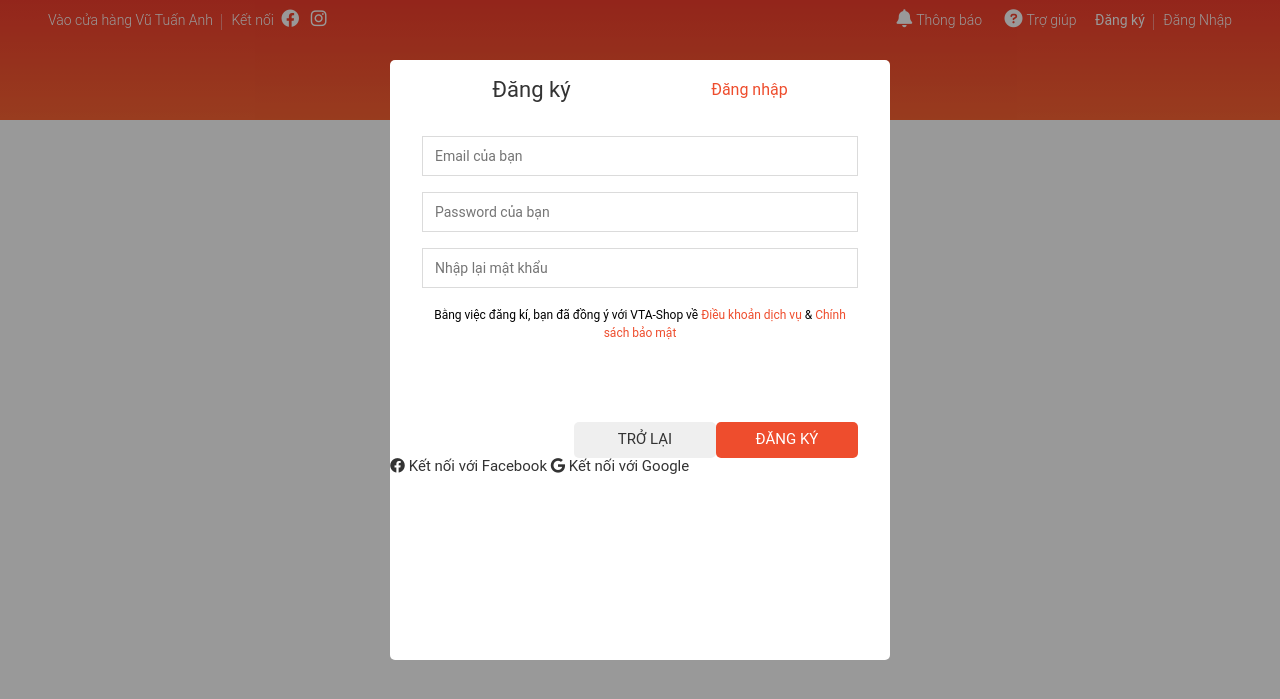
Repository: VuTuanAnh0949/Shopee
Page: index.html
These files come from the project's save history. The page is drawn as it stood at one moment and after the next save; the edit follows.
The browser window is 1280 px wide. The pictures show the whole page.

Above is the page before, as saved 2022-02-15 09:31:20.

### index.html
<!DOCTYPE html>
<html lang="en">

<head>
    <meta charset="UTF-8" />
    <meta http-equiv="X-UA-Compatible" content="IE=edge" />
    <meta name="viewport" content="width=device-width, initial-scale=1.0" />
    <title>Shopee</title>
    <link rel="stylesheet" href="https://cdnjs.cloudflare.com/ajax/libs/normalize/8.0.1/normalize.min.css" />
    <link rel="stylesheet" href="./assets/css/base.css" />
    <link rel="stylesheet" href="./assets/css/main.css" />
    <link rel="stylesheet" href="./assets/fonts/fontawesome-free-6.0.0-web/css/all.min.css">
    <link rel="stylesheet" href="https://fonts.googleapis.com/css?family-Roboto:300, 400, 500,78
0&display=swap&subset=vietnamese" rel="stylesheet" />

</head>

<body>
    <!-- Block Element Modifier -->
    <div class="app">
        <header class="header">
            <div class="grid">
                <nav class="header__navbar">
                    <ul class="header__navbar-list">
                        <li class="header__navbar-item header__navbar-item--has-qr header__navbar-item--separate">Vào cửa hàng Vũ Tuấn Anh
                            <div class="header__qr">
                                <img src="./assets/img/QR_code.png" alt="QR Code" class="header__qr-img">
                                <div class="header__qr-apps">
                                    <a href="" class="header__qr-link"><img src="./assets/img/Google_Play.png" alt="Google Play" class="header__qr-dowload-img">
                                    </a>
                                    <img src="./assets/img/App_store.png" alt="App Store" class="header__qr-dowload-img">
                                </div>
                            </div>
                        </li>
                        <li class="header__navbar-item">
                            <span class="header__navbar-title--no-pointer">Kết nối</span>
                            <a href="" class="header__navbar-icon-link"><i class="header__navbar-icon fa-brands fa-facebook"></i></a>
                            <a href="" class="header__navbar-icon-link"><i class="header__navbar-icon fa-brands fa-instagram"></i></a>
                        </li>
                    </ul>

                    <ul class="header__navbar-list">
                        <li class="header__navbar-item header__navbar-item--has-notification">
                            <a href="" class="header__navbar-item-link"><i class="header__navbar-icon fa-solid fa-bell"></i>Thông báo</a>
                            <div class="header__notification">
                                <header class="header__notification-header">
                                    <h3>Thông báo mới nhận</h3>
                                </header>
                                <ul class="header__notification-list">
                                    <li class="header__notification-item header__notification-viewed">
                                        <a href="" class="header__notification-link">
                                            <img src="https://cf.shopee.vn/file/a2344384834f0903b232953bf8e1d283_tn" alt="" class="header__notification-img">
                                            <div class="header__notification-info">
                                                <span class="header__notification-name">Bàn Phím cơ chính hãng K400-Đen</span>
                                                <span class="header__notification-descriotion">Bàn phím cơ máy tính gaming K550 Pro full Led 7 chế độ hiệu ứng là mẫu bàn phím phù hợp cho văn phòng và game thủ</span>
                                            </div>
                                        </a>
                                    </li>
                                    <li class="header__notification-item">
                                        <a href="" class="header__notification-link">
                                            <img src="https://cf.shopee.vn/file/fbd0d6cd59ae0c260cbdd8d2bdccbe06_tn" alt="" class="header__notification-img">
                                            <div class="header__notification-info">
                                                <span class="header__notification-name">Bàn phím cơ chính hãng K400-Trắng xanh 1</span>
                                                <span class="header__notification-descriotion">Bàn phím cơ máy tính gaming K550 Pro full Led 7 chế độ hiệu ứng là mẫu bàn phím phù hợp cho văn phòng và game thủ</span>
                                            </div>
                                        </a>
                                    </li>
                                    <li class="header__notification-item ">
                                        <a href="" class="header__notification-link">
                                            <img src="https://cf.shopee.vn/file/26989c24e549299dcfb324055082c553" alt="" class="header__notification-img">
                                            <div class="header__notification-info">
                                                <span class="header__notification-name">Bàn phím cơ chính hãng K400-Trắng xanh 2</span>
                                                <span class="header__notification-descriotion">>Bàn phím cơ máy tính gaming K550 Pro full Led 7 chế độ hiệu ứng là mẫu bàn phím phù hợp cho văn phòng và game thủ</span>
                                            </div>
                                        </a>
                                    </li>
                                </ul>
                                <div class="footer header__notification-footer">
                                    <a href="" class="header__notification-footer-btn">Xem tất cả</a>


                                </div>
                            </div>
                        </li>
                        <li class="header__navbar-item">
                            <a href="" class="header__navbar-item-link"><i class="header__navbar-icon fa-solid fa-circle-question"></i>Trợ giúp</a>
                        </li>
                        <li class="header__navbar-item header__navbar-item--strong header__navbar-item--separate">Đăng ký</li>
                        <li class="header__navbar-item header__navbar-ite--strong"> Đăng Nhập</li>
                    </ul>
                </nav>
            </div>
        </header>
        <div class="container">

        </div>
        <footer class="footer">

        </footer>
    </div>
    <!-- Modal layout -->
    <div class="modal">
        <div class="modal__overlay"></div>

        <div class="modal__body">

            <!-- Authen form -->
            <div class="auth-form">
                <div class="auth-form__container">
                    <div class="auth-form__container"></div>
                    <div class="auth-form__header">
                        <h3 class="auth-form__heading">Đăng ký</h3>
                        <span class="auth-form__switch-btn">Đăng nhập</span>
                    </div>
                    <div class="auth-form__form">
                        <div class="auth-form__group">
                            <input type="text" class="auth-form__input" placeholder="Email của bạn">
                        </div>
                        <div class="auth-form__group">
                            <input type="password" class="auth-form__input" placeholder="Password của bạn">
                        </div>
                        <div class="auth-form__group">
                            <input type="password" class="auth-form__input" placeholder="Nhập lại mật khẩu ">
                        </div>
                    </div>
                    <div class="auth-form__aside">
                        <p class="auth-form__policy-text">
                            Bằng việc đăng kí, bạn đã đồng ý với VTA-Shop về
                            <a href="" class="auth-form__text-link">Điều khoản dịch vụ</a> &
                            <a href="" class="auth-form__text-link">Chính sách bảo mật</a>
                        </p>
                    </div>
                    <div class="auth-form__controls">
                        <button class="btn auth-form__controls-back">TRỞ LẠI</button>
                        <button class="btn btn--primary">ĐĂNG KÝ</button>
                    </div>
                </div>
                <div class="auth-form__socials">
                    <a href="" class="btn btn--with-icon">
                        <i class="fa-brands fa-facebook"></i> Kết nối với Facebook
                    </a>
                    <a href="" class="btn btn--with-icon">
                        <i class="fa-brands fa-google"></i> Kết nối với Google
                    </a>
                </div>
            </div>
        </div>
    </div>
</body>

</html>

### assets/css/base.css
:root {
  --primary-color:#EE4D2D;
  --white-color: #fff;
  --black-color: #000;
  --text-color: #333;
  --border-color:#dbdbdb;
}
* {
  box-sizing: inherit;
}
html {
  font-size: 62.5%;
  line-height: 1.6rem;
  font-family: "Roboto", sans-serif;
  box-sizing: border-box;
}
.grid {
  width: 1200px;
  max-width: 100%;
  margin: 0 auto;
}
.grid__full-width {
  width: 100%;
}
.grid__row {
  display: flex;
  flex-wrap: wrap;
}
/* Animation */
@keyframes fadeIn{
  from{
    opacity: 0;
  }to{
    opacity: 1;
  }
}
/* Modal */
.modal{
  position: fixed;
  top: 0;
  right: 0;
  bottom: 0;
  left: 0;
  display: flex;
}
.modal__overlay{
  position: absolute;
  width: 100%;
  height: 100%;
  background-color: rgba(0,0,0,0.4);
}
.modal__body{
  width: 500px;
  height: 600px;
  background-color: var(--white-color);
  border-radius: 5px;
  margin: auto;
  position: relative;
  z-index: 1;  /* để cho modal nổi lên */
}
/* Button style */
.btn{
  min-width: 142px;
  height: 36px;
  text-decoration: none;
  border:none ;
  border-radius: 5px;
  font-size: 1.5rem;
  padding:0;
  outline: none;
  cursor: pointer;
  color: var(--text-color);
}
.btn:hover{
  background-color: rgba(0,0,0,0.05);
}
/* .. dùng để css 1 element có 2 class */
.btn.btn--primary{
  color: var(--white-color);
  background-color: var(--primary-color);
  }
.btn.btn-disabled{
  color: #949494;
  cursor: default;
  background-color: #c3c3c3;
}

### assets/css/main.css
.header{
height: 120px;
background-image:linear-gradient(0, #fe6433, #f53e2d) ;
}
.header__navbar{
  display: flex;
  justify-content: space-between;
}
.header__navbar-list{
list-style: none;
padding-left: 0;
margin-top: 9px;
}
.header__navbar-item{
  margin: 0 8px;
  position: relative;
  min-height: 26px;
}
.header__navbar-item--has-qr:hover .header__qr{
  display: block;
}
.header__navbar-item--has-notification:hover .header__notification{
  display: block;
}
.header__navbar-item,
.header__navbar-item-link{
  display:inline-block;
  font-size: 1.4rem;
  color:var(--white-color);
  text-decoration: none;
  font-weight: 300;
}
.header__navbar-item,
.header__navbar-item-link,
.header__navbar-icon-link{
/*   display: flex; */
  align-items: center;
}
.header__qr::before{
  position: absolute;
  left: 0;
  top: -16px;
  width: 100%;
  height: 20px;
  content: "";
  display: block;

}
.header__navbar-item:hover,
.header__navbar-icon-link:hover,
.header__navbar-item-link:hover{
  cursor: pointer;
  color: rgba(255,255,255,0.7);
}
.header__navbar-item--strong{
  font-weight: 400;
}
.header__navbar-item--separate::after{
  content: "";
  display: block;
  position: absolute;
border-left: 1px solid #FB9086;
height: 16px;
right: -9px;
top: 37%;
transform: translateY(-50%);
}
.header__navbar-icon-link{
  color: var(--white-color);
  text-decoration: none;
}
.header__navbar-icon{
  font-size: 1.8rem;
  margin: 0 4px;
}
.header__navbar-title--no-pointer{
  cursor: text;
  color: var(--white-color);
  text-decoration: none;
}
/* Header QR code */
.header__qr{
  width: 180px;
background-color: var(--white-color);
position: absolute;
left: 0;
top: 100%;
padding: 8px;
border-radius: 5px;
display: none;
animation: fadeIn ease-in 0.3s;
}
.header__qr-img{
width: 100%;
}
.header__qr-apps{
display: flex;
justify-content: space-between;
}
.header__qr-link:nth-child(1){
  margin-left: 11px;
}
.header__qr-link:nth-child(2){
  margin-right: 15px;
}
.header__qr-dowload-img{
  height: 16px;
}
/* header__notification */
.header__notification{
position: absolute ;
top: 27px;
right: 0;
width: 404px;
background-color: var(--white-color);
border-radius: 5px;
border: 1px solid #D3D3D3;
cursor: default;
transform-origin:90% top;
animation:  headerNotificationGrowth ease-in 0.2s;
will-change: opacity, transform;
display: none;
}
.header__notification::before{
content: "";
border-width:20px 30px ;
border-style: solid;
/* Tạo một lớp giá */
border-color:transparent transparent var(--white-color) transparent;
position: absolute;
right: 6px;
top: -30px;
}
/* Giúp di chuột vào quả chuông cạnh nút thông báo không bị mất list thông báo */
.header__notification::after{
  content: "";
  display: block;
  position: absolute;
  height: 20px;
  width: 90px;
  top: -16px;
  right: 0;
 }
@keyframes headerNotificationGrowth{
  from{
    opacity: 0;
    transform: scale(0);
  }to{
    opacity: 1;
    transform: scale(1);
  }
}
.header__notification-header{
  height: 40px;
  background-color: var(--white-color);
  border-radius: 5px;
}
.header__notification-header h3{
  color: #999;
  margin: 0 0 0 12px;
  width: 400;
  font-size: 1.4rem;
  line-height: 40px;
  user-select: none;  /* không cho coppy */
}
.header__notification-list{
padding-left: 0;
}
.header__notification-item{
display: flex;

}
.header__notification-item:hover{
  background-color: #f7f7f7
}
.header__notification-viewed{
  background-color: rgba(238,75,43,0.08);

}
.header__notification-link{
  display: flex;
  width: 100%;
  padding: 12px;
  text-decoration: none;
}
.header__notification-img{
width: 48px;
object-fit: contain;
}
.header__notification-info{
margin-left: 12px;
}
.header__notification-name{
display: block;
font-size: 1.4rem;
color: var(--text-color);
font-weight: 400px;
line-height: 1.8rem;
}
.header__notification-descriotion{
display: block;
font-size: 1.2rem;
line-height: 1.6rem;
color: #765F6E;
margin-top: 4px;
}
.header__notification-footer{
 display: flex;
}
.header__notification-footer-btn{
  text-decoration: none;
  color:var(--text-color);
  width: 100%;
  padding: 8px 0;
  margin: auto;
  font-size: 1.4rem;
  font-weight: 400;
  text-align: center;
}
/* Authen modal */
.auth-form{
  width: 500px;
}
.auth-form__container{
  padding: 0 32px;
}
.auth-form__header{
  display: flex;
  align-items: center;
  justify-content: space-around;
}
.auth-form__heading{
  font-size: 2.2rem;
  font-weight:400;
  color: var(--text-color);
}
.auth-form__switch-btn{
  font-size: 1.6rem;
  font-weight:400;
  color: var(--primary-color);
  cursor: pointer;
}
.auth-form__form{
}
.auth-form__input{
  width: 100%;
  height: 40px;
  margin-top: 16px;
  padding: 0 12px;
  font-size: 1.4rem;
  border: 1px solid var(--border-color);
  outline: none;
}
/*Dí chuột vào ô input => ô input nháy chuột  */
.auth-form__input:focus{
border-color: #777;
}
.auth-form__aside{
  margin-top: 18px;
}
.auth-form__policy-text{
  font-size: 1.2rem;
  line-height: 1.8rem;
  text-align: center;
  padding: 0 3px;
}
.auth-form__text-link{
  color: var(--primary-color);
  text-decoration: none;
}
.auth-form__controls{
  margin-top: 80px;
  display: flex;
  justify-content: flex-end;
}
.auth-form__socials{

}

Loaded but not shown: assets/fonts/fontawesome-free-6.0.0-web/css/all.min.css (library)

After the next save:
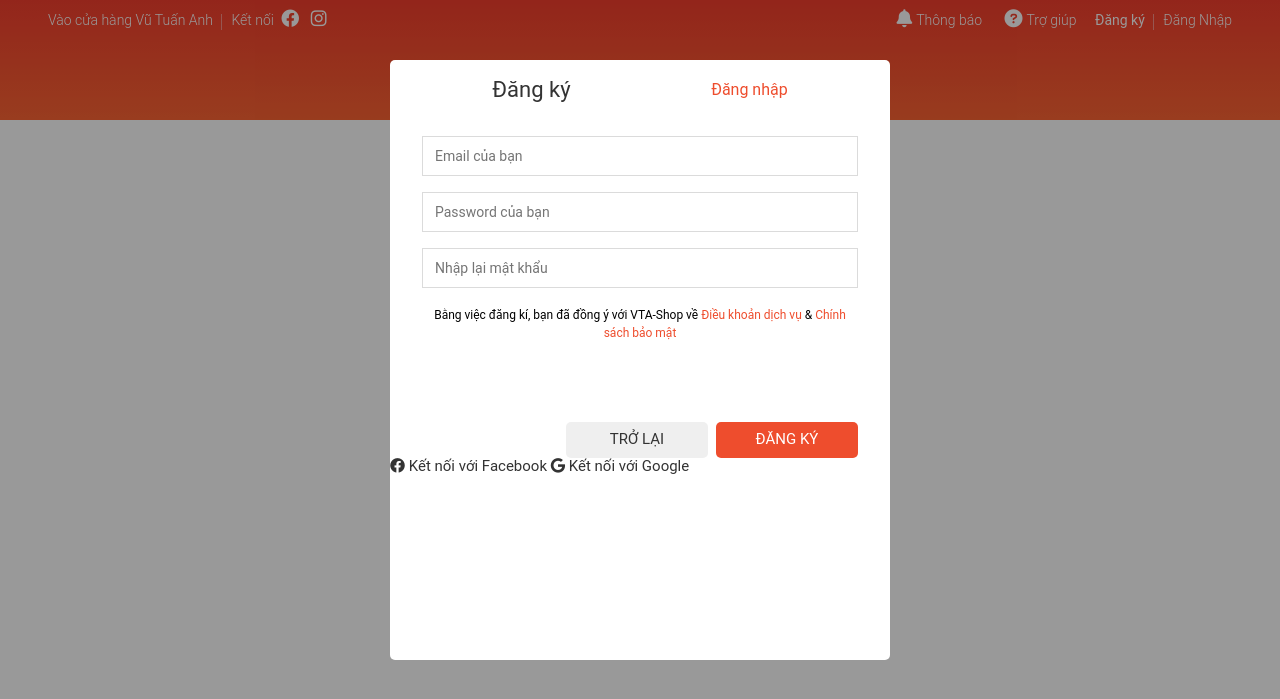
Saved 18 s later.
--- a/assets/css/main.css
+++ b/assets/css/main.css
@@ -273,6 +273,9 @@ border-color: #777;
   display: flex;
   justify-content: flex-end;
 }
+.auth-form__controls-back{
+  margin-right: 8px;
+}
 .auth-form__socials{
 
 }
